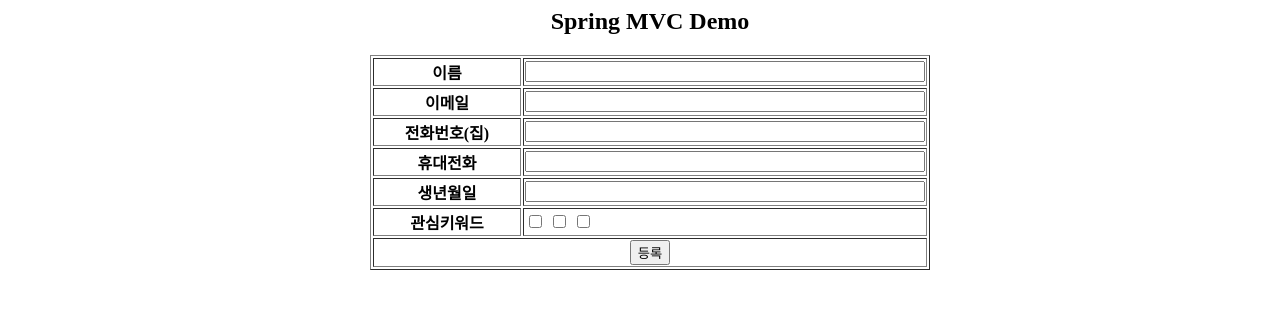
Repository: yeobinJeong/SpringFrameWork
Page: http://localhost/11.spring.mvc4/
The author's editor kept a copy of each file at every save. The page is drawn from the files as they stood at one save, then again after the next save.
The browser window is 1280 px wide. The pictures show the whole page.
The page is served by Tomcat 9. Other server files are loaded and not shown.

Above is the page before, as saved 2016-05-19 00:55:00.

### 11.spring.mvc4/src/main/webapp/WEB-INF/views/home.jsp
<%@ page session="false" pageEncoding="UTF-8" %>
<%@ taglib prefix="form"
	uri="http://www.springframework.org/tags/form" %>
<html>
<head>
	<title>Home</title>
</head>
<body>
	<div style="padding-left:20px">
		<h2 style="text-align:center">Spring MVC Demo</h2>
		<form action="demo-one.action" method="post">
		<table border="1" style="width:560px;margin:0 auto">
			<tr>
				<th style="width:150px">이름</th>
				<td><input type="text" name="name" style="width:400px"></td>
			</tr>
			<tr>
				<th style="width:150px">이메일</th>
				<td><input type="text" name="email" style="width:400px"></td>
			</tr>
			<tr>
				<th style="width:150px">전화번호(집)</th>
				<td><input type="text" name="phone.home" style="width:400px"></td>
			</tr>
			<tr>
				<th style="width:150px">휴대전화</th>
				<td><input type="text" name="phone.mobile" style="width:400px"></td>
			</tr>
			<tr>
				<th style="width:150px">생년월일</th>
				<td><input type="text" name="b" style="width:400px"></td>
			</tr>
			<tr>
				<th style="width:150px">관심키워드</th>
				<td>
					<input type="checkbox" name="tags[0]"/>
					<input type="checkbox" name="tags[1]"/>
					<input type="checkbox" name="tags[2]"/>
				</td>
			</tr>
			<tr>
				<td colspan="2" style='text-align:center'>
					<input type="submit" value="등록">
				</td>
			</tr>
		</table>
		</form>
	</div>
</body>
</html>

After the next save:
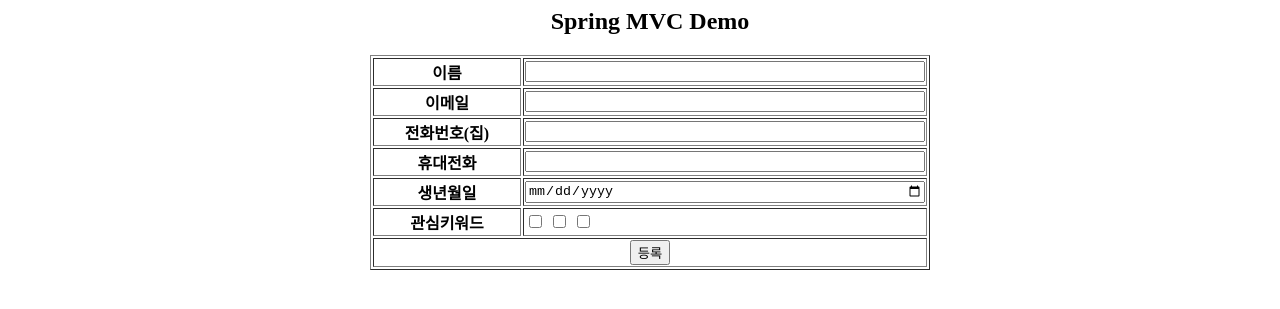
Saved 5 s later.
--- a/11.spring.mvc4/src/main/webapp/WEB-INF/views/home.jsp
+++ b/11.spring.mvc4/src/main/webapp/WEB-INF/views/home.jsp
@@ -28,7 +28,7 @@
 			</tr>
 			<tr>
 				<th style="width:150px">생년월일</th>
-				<td><input type="text" name="b" style="width:400px"></td>
+				<td><input type="date" name="b" style="width:400px"></td>
 			</tr>
 			<tr>
 				<th style="width:150px">관심키워드</th>
